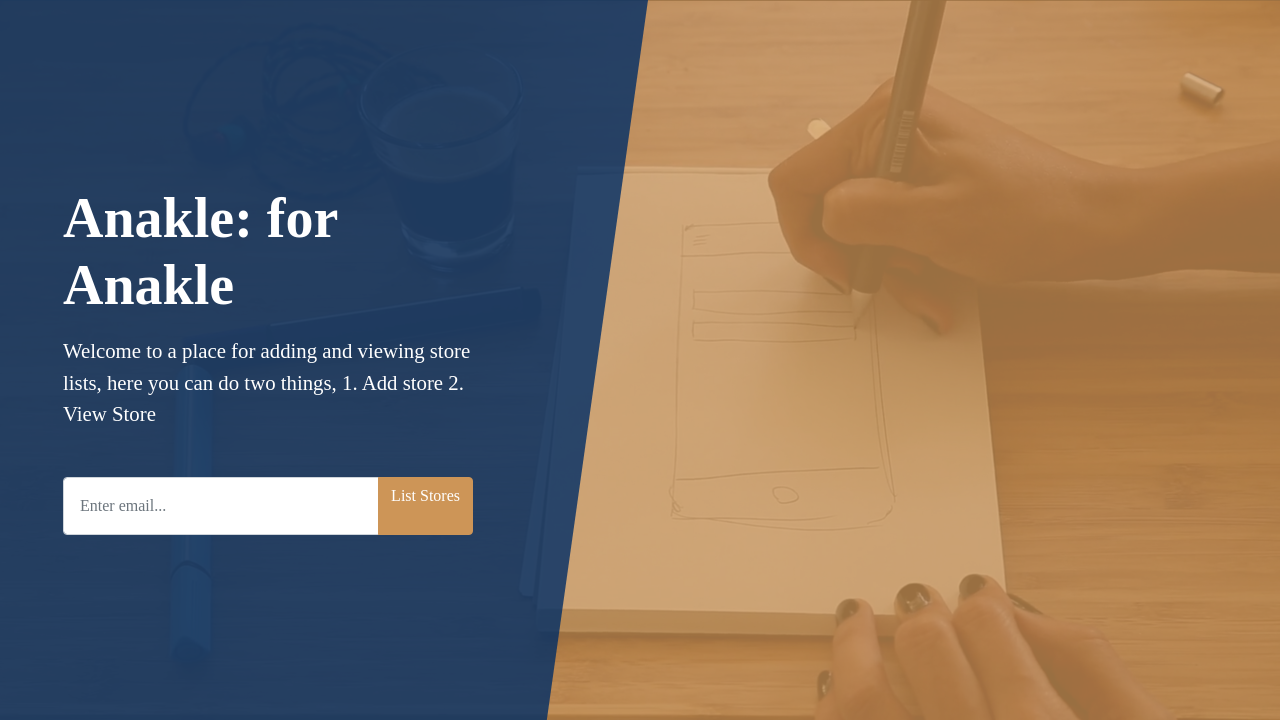
Repository: Guruscode/mega-list
Page: http://localhost/
These files come from the project's save history. The page is drawn as it stood at one moment and after the next save; the edit follows.
The browser window is 1280 px wide. The pictures show the whole page.
The page is run by PHP 8.4 with error messages shown; the project is at /var/www/html/.

Above is the page before, as saved 2018-02-20 23:02:18.
Console error: TypeError: Cannot read properties of undefined (reading 'fn')

### index.php
<!DOCTYPE html>
<html lang="en">
<head>
    <meta charset="UTF-8">
    <meta name="viewport" content="width=device-width, initial-scale=1.0">
    <meta http-equiv="X-UA-Compatible" content="ie=edge">

    <link rel="stylesheet" href="css/bootstrap.min.css">
    <link href="css/welcome.min.css" rel="stylesheet">

    <title>Anakle: For Anakle</title>
</head>
<body>

        <div class="overlay"></div>

        <div class="masthead">
        <div class="masthead-bg"></div>
        <div class="container h-100">
            <div class="row h-100">
            <div class="col-12 my-auto">
                <div class="masthead-content text-white py-5 py-md-0">
                <h1 class="mb-3">Anakle: for Anakle</h1>
                <p class="mb-5">Welcome to a place for adding and viewing store lists, here you can do two things, 1. Add store 2. View Store</p>
                <div class="input-group input-group-newsletter">
                    <input type="email" class="form-control" placeholder="Enter email..." aria-label="Enter email..." aria-describedby="basic-addon">
                    <div class="input-group-append">
                    <a class="btn btn-secondary" type="button">List Stores</a>
                    </div>
                </div>
                </div>
            </div>
            </div>
        </div>
        </div>


<script src="js/bootstrap.min.js"></script>
<script src="js/jquery-3.3.1.min.js"></script>
<script src="js/bootstrap.bundle.min.js"></script>
<script src="js/jquery.vide.min.js"></script>
<script src="js/welcome.min.js"></script>

</body>
</html>

Loaded but not shown: css/bootstrap.min.css (library); css/welcome.min.css (common file); js/bootstrap.min.js (library); js/jquery-3.3.1.min.js (library); js/bootstrap.bundle.min.js (library); js/jquery.vide.min.js (library); js/welcome.min.js (common file)

After the next save:
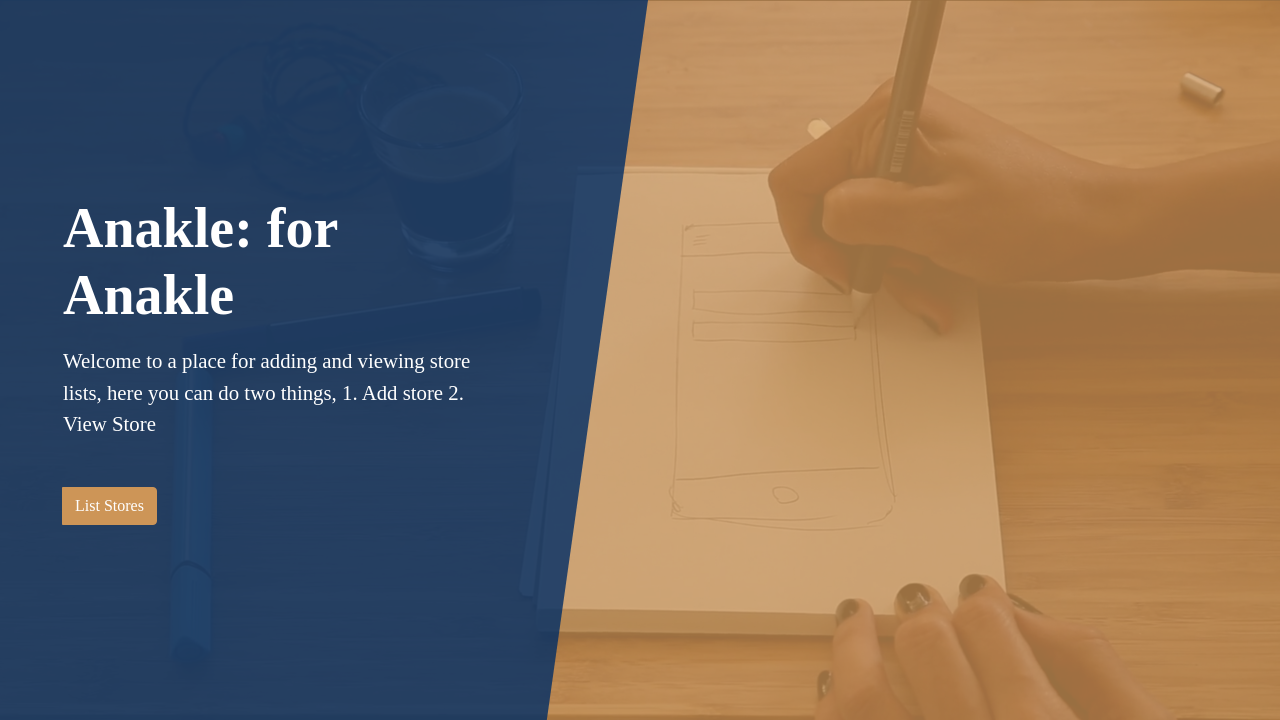
Saved 12 s later.
--- a/index.php
+++ b/index.php
@@ -23,10 +23,11 @@
                 <h1 class="mb-3">Anakle: for Anakle</h1>
                 <p class="mb-5">Welcome to a place for adding and viewing store lists, here you can do two things, 1. Add store 2. View Store</p>
                 <div class="input-group input-group-newsletter">
-                    <input type="email" class="form-control" placeholder="Enter email..." aria-label="Enter email..." aria-describedby="basic-addon">
+
                     <div class="input-group-append">
                     <a class="btn btn-secondary" type="button">List Stores</a>
                     </div>
+
                 </div>
                 </div>
             </div>

After the save that followed:
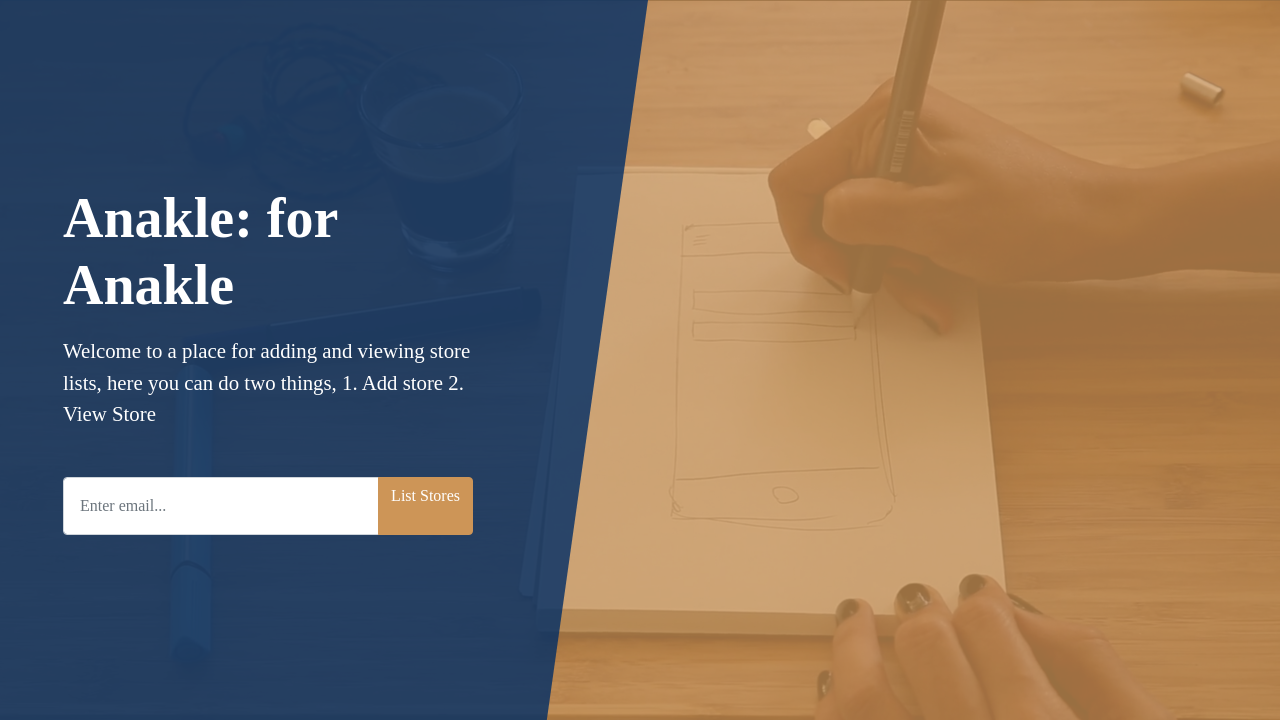
Saved 6 s later.
--- a/index.php
+++ b/index.php
@@ -23,11 +23,10 @@
                 <h1 class="mb-3">Anakle: for Anakle</h1>
                 <p class="mb-5">Welcome to a place for adding and viewing store lists, here you can do two things, 1. Add store 2. View Store</p>
                 <div class="input-group input-group-newsletter">
-
+                    <input type="email" class="form-control" placeholder="Enter email..." aria-label="Enter email..." aria-describedby="basic-addon">
                     <div class="input-group-append">
                     <a class="btn btn-secondary" type="button">List Stores</a>
                     </div>
-
                 </div>
                 </div>
             </div>
